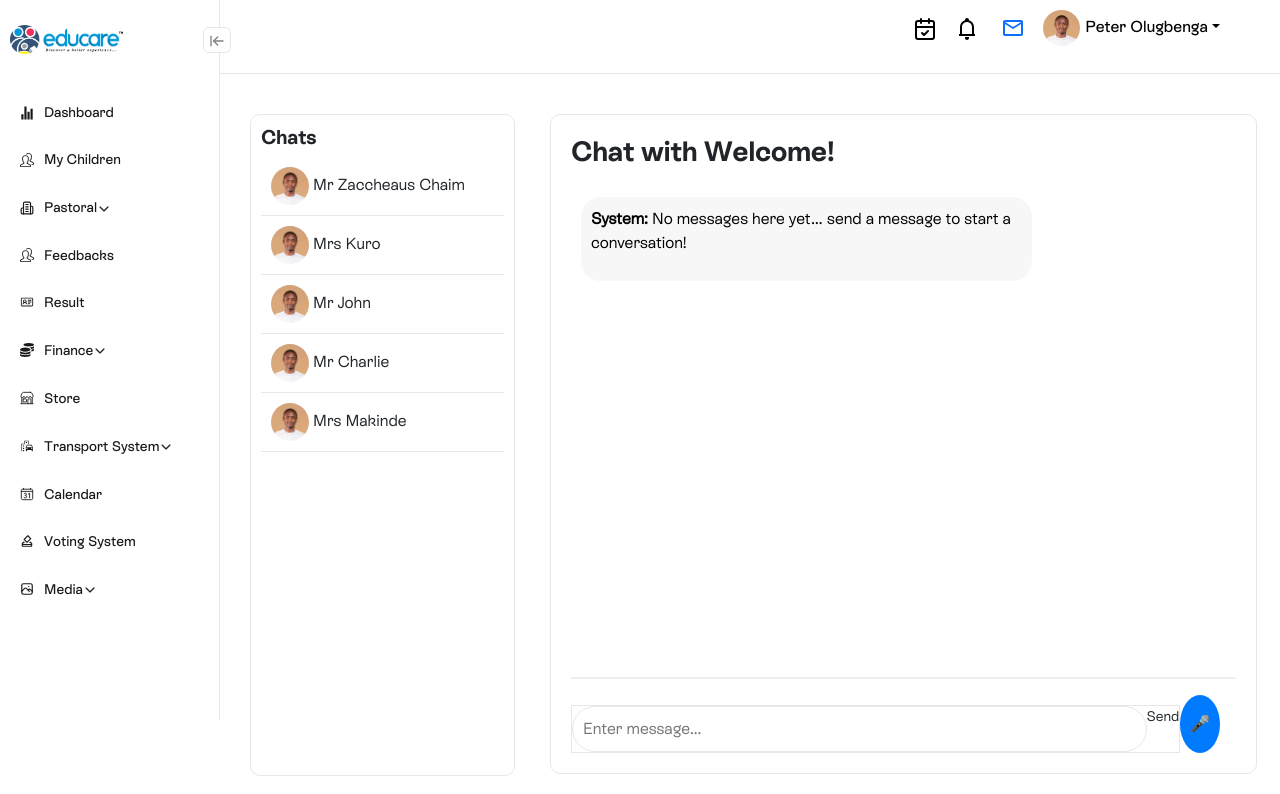
Repository: sarahnnanyelugo/educare-dashboards
Page: /chat-interface
An editor plug-in stored every save of this project. The page is shown before and after the next save, followed by the edit.
The browser window is 1280 px wide. The pictures show the whole page.
The project was rebuilt for these pictures with package versions that can differ from the ones it lists, and the page was loaded fresh each time. Also part of the build but not shown: src/Dashboards/Parents/Feedbacks/feedbacks.scss, src/components/AppTable/table.scss, src/components/AppTable/AppTable.js, src/Utils/DataUtils.js, src/components/Select/select.scss, src/components/Select/Select.js, src/components/Search/search.scss, src/components/Search/Search.js and 50 more.

Above is the page before, as saved 2024-11-27 13:17:12.

After the next save:
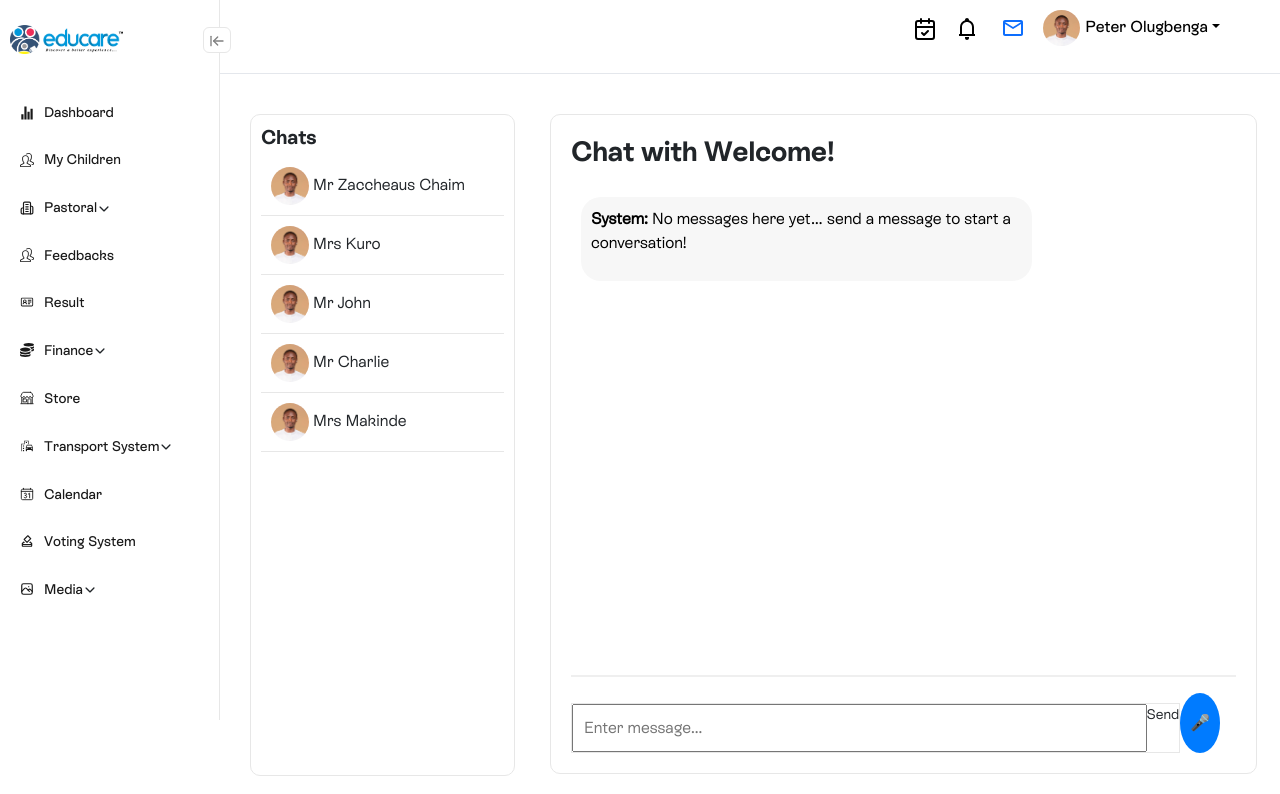
Saved 33 s later.
--- a/src/components/TopNav/ChatInterface/chat.scss
+++ b/src/components/TopNav/ChatInterface/chat.scss
@@ -63,8 +63,7 @@
   flex: 1;
   padding: 10px;
   font-family: rebondBook;
-  border: solid 1px #e7e7e7;
-  border-radius: 36px;
+
   width: 100%;
 }
 
